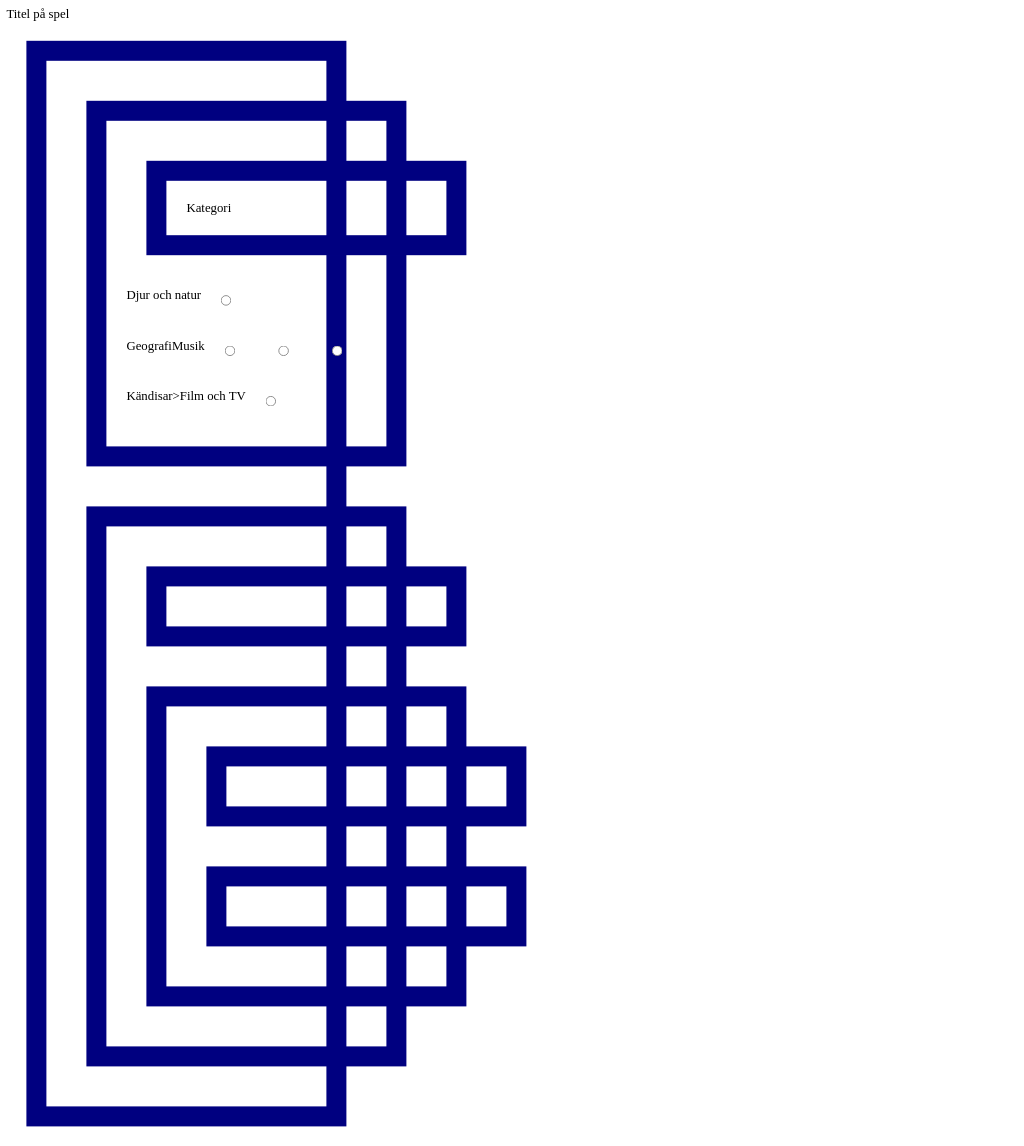
Repository: ed222gg/project2
Page: pages/start.html
The author's editor kept a record of every edit. The page is drawn from the files as they stood at one moment, then again after the next edit.
The browser window is 1280 px wide. The pictures show the whole page, at 80% of full size.

Above is the page before.

After the next edit:
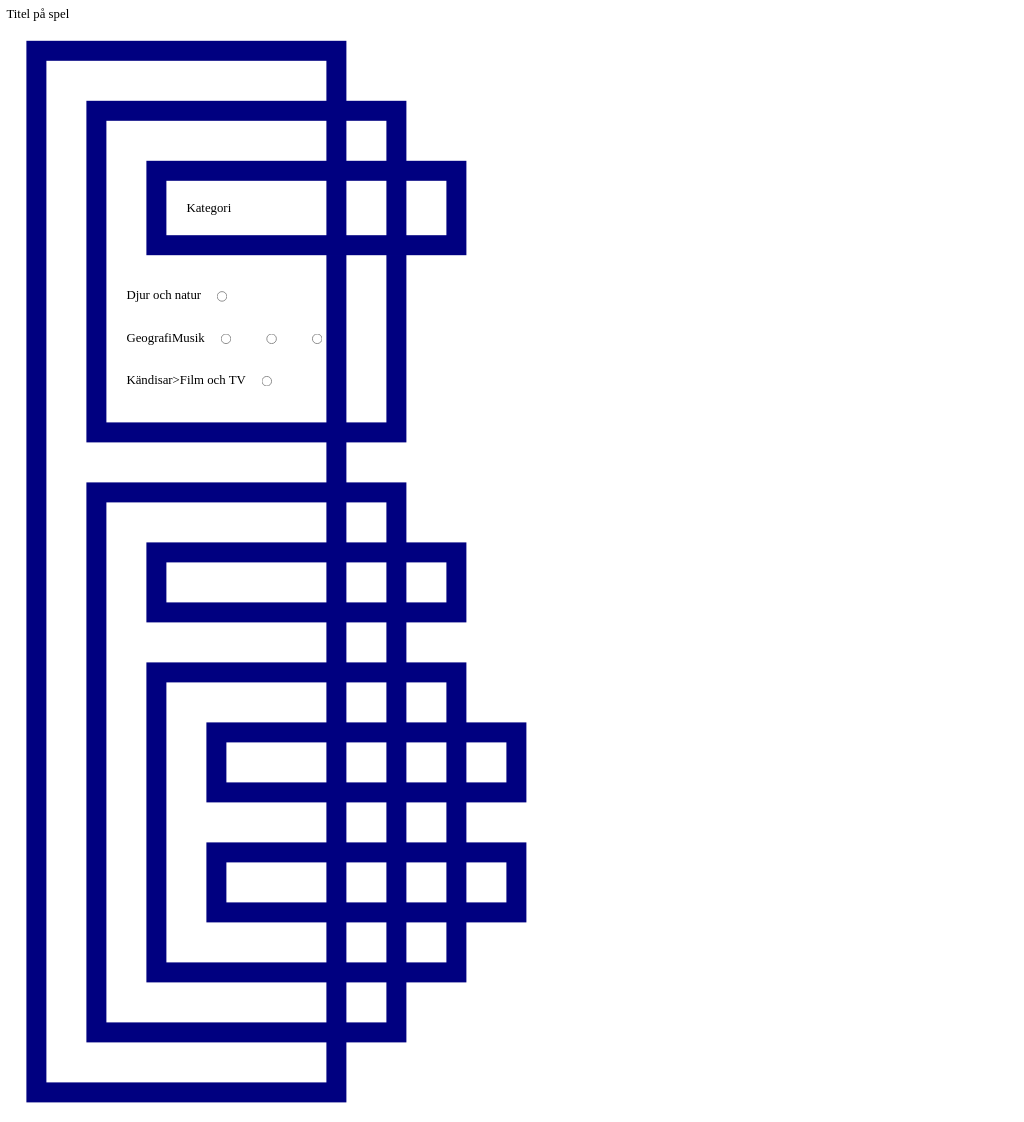
The edit:
--- a/css/style.css
+++ b/css/style.css
@@ -11,7 +11,7 @@
 header{}
 input{
 
-    margin: 25px;}
+    margin: 20px;}
 
 #template{ }
 #gameLayout{
